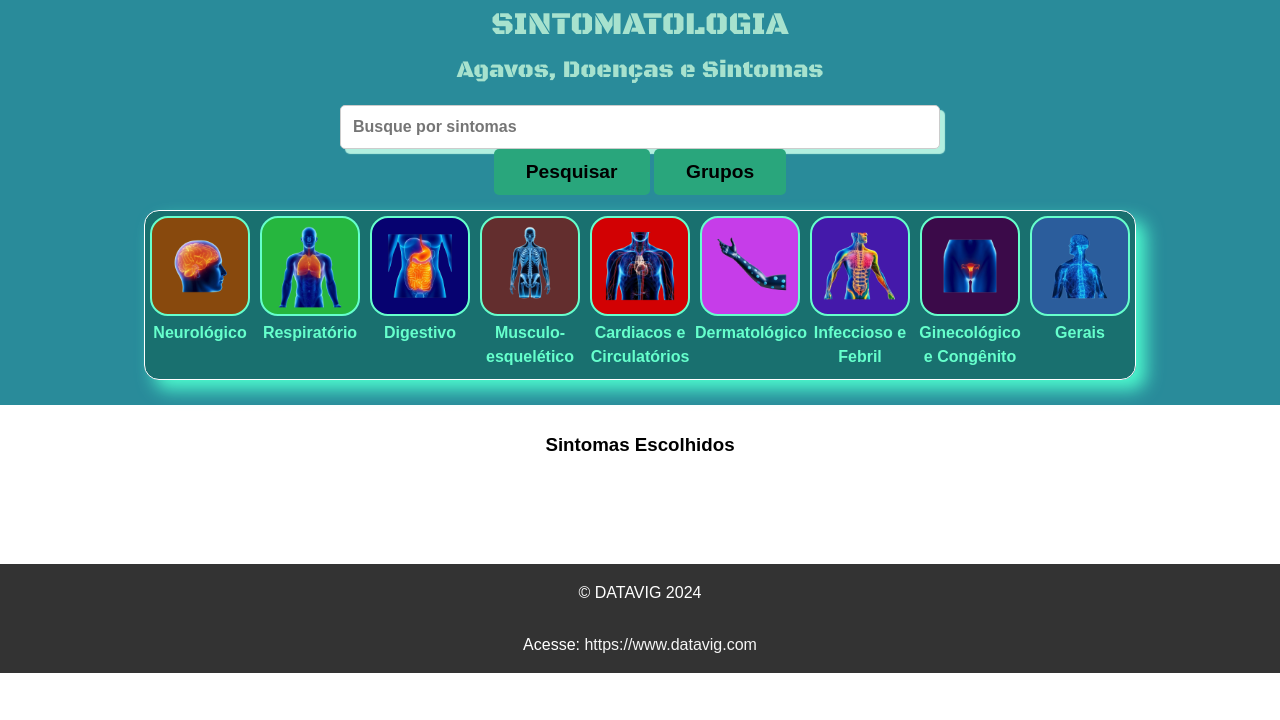
Repository: br-on/vigia
Page: index.html
These files come from the project's save history. The page is drawn as it stood at one moment and after the next save; the edit follows.
The browser window is 1280 px wide. The pictures show the whole page.
Some web fonts or font styles are not loaded; a fallback is used.

Above is the page before, as saved 2024-09-29 09:14:03.

### index.html
<!DOCTYPE html>
<html lang="pt-br">
<head>
  <meta charset="UTF-8">
  <meta name="viewport" content="width=device-width, initial-scale=1.0">
  <title>Sintomatologia</title>
  <link rel="stylesheet" href="assets/style/style.css">
</head>
<body>
  <nav>
  </nav>
  <header class="search">
    <h1 class="black-ops-one-regular">SINTOMATOLOGIA</h1>
    <h2 class="black-ops-one-regular">Agavos, Doenças e Sintomas</h2>

    <input type="text" placeholder="Busque por sintomas" class="electrolize-regular" id="campo-pesquisa">
    <div class="botoes">
      <button onclick="pesquisar()" class="electrolize-regular">Pesquisar</button>
      <button onclick="mostrarGrupos()" class="electrolize-regular">Grupos</button>
    </div>
    <div id="resultados-pesquisa" class="resultado-pesquisa font-item-sintoma"></div>
    <div id="grupos-sintomas" class="grupos-sintomas">
      <div class="base-div">
      <div id="neurologicos" class="grupo "><div class="grupo-sintoma bg-neurologicos"><img src="/assets/img/grupos/neurologico.png" alt=""></div><div class="nome-grupo electrolize-regular">Neurológico</div></div>
      <div id="respiratorios" class="grupo"><div class="grupo-sintoma bg-respiratorios"><img src="assets/img/grupos/respiratorio.png" alt=""></div><div class="nome-grupo electrolize-regular">Respiratório</div></div>
      <div id="digestivos" class="grupo"><div class="grupo-sintoma bg-digestivos"><img src="assets/img/grupos/digestivo.png" alt=""></div><div class="nome-grupo electrolize-regular">Digestivo</div></div>
      <div id="musculoesqueleticos" class="grupo"><div class="grupo-sintoma bg-musculoesqueleticos"><img src="assets/img/grupos/musculoesqueletico.png" alt=""></div><div class="nome-grupo electrolize-regular">Musculo- esquelético</div></div>
      <div id="cardiacos-circulatorios" class="grupo"><div class="grupo-sintoma bg-cardiacos-circulatorios"><img src="assets/img/grupos/cardiaco.png" alt=""></div><div class="nome-grupo electrolize-regular">Cardiacos e Circulatórios</div></div>
      <div id="dermatologicos" class="grupo"><div class="grupo-sintoma bg-dermatologicos"><img src="assets/img/grupos/dermatologico.png" alt=""></div><div class="nome-grupo electrolize-regular">Dermatológico</div></div>
      <div id="infecciosos-febris" class="grupo"><div class="grupo-sintoma bg-infecciosos-febris"><img src="assets/img/grupos/infecciosofebril.png" alt=""></div><div class="nome-grupo electrolize-regular">Infeccioso e Febril</div></div>
      <div id="ginecologicos-congenitos" class="grupo"><div class="grupo-sintoma bg-ginecologicos-congenitos"><img src="assets/img/grupos/ginecologicocongentia.png" alt=""></div><div class="nome-grupo electrolize-regular">Ginecológico e Congênito</div></div>
      <div id="sistemicos-gerais" class="grupo"><div class="grupo-sintoma bg-sistemicos-gerais"><img src="assets/img/grupos/gerais.png" alt=""></div><div class="nome-grupo electrolize-regular">Gerais</div></div>
      </div>
      <div class="overlay-div">
        <div class="top-overlay-div">
          <div class="top-1">
            <button class="electrolize-regular">Voltar</button>
          </div>
          <div class="top-2">    </div>
        </div>
        <div class="sintomas-grupo">
          <div id="resultados-pesquisa-grupo" class="resultado-pesquisa-sintomas font-item-sintoma"></div>
        </div>
      </div>
    </div><br>

    <br>
  </header>

  <main>
    <center><h3>Sintomas Escolhidos</h3></center>
    <div id="sintomas-escolhidos">
      <!-- Sintomas escolhidos serão exibidos aqui -->
    </div>
    <br><br>
    <div id="resultados-doencas">
      <!-- Resultados das doenças serão exibidos aqui -->
    </div>
    <br><br>

  </main>
  <footer>
    <p>&copy; DATAVIG 2024 </p> <br> <p>Acesse: <a href="https://www.datavig.com">https://www.datavig.com</a></p>
  </footer>

  <script src="assets/script/sintomas.js"></script>
  <script src="assets/script/data.js"></script>
  <script src="assets/script/app.js"></script>
</body>
</html>

### assets/script/app.js
    // variaveis globais bara definir mesma altura para resultados-pesquisa
const grupoSintomas = document.querySelector('.grupos-sintomas');
const resultadosPesquisa = document.querySelector('#resultados-pesquisa');

resultadosPesquisa.style.width = `${grupoSintomas.offsetWidth}px`;
resultadosPesquisa.style.height = `${grupoSintomas.offsetHeight}px`;

document.addEventListener('DOMContentLoaded', function () {
    // Inicialmente, ocultar a div #resultados-pesquisa
    const resultadosPesquisa = document.getElementById('resultados-pesquisa');
    resultadosPesquisa.style.display = 'none';

    // Configurar eventos de clique nos grupos e no botão Voltar
    configurarEventosDeCliqueNosGrupos();
});

function configurarEventosDeCliqueNosGrupos() {
    // Seleciona todas as divs de grupos de sintomas
    const grupos = document.querySelectorAll('.grupo');

    // Adiciona o evento de clique para cada grupo
    grupos.forEach(grupo => {
        grupo.addEventListener('click', () => {
            exibirSintomasPorGrupo(grupo.id);
        });
    });

    // Adiciona evento de clique ao botão Voltar
    const backButton = document.querySelector('.top-1 button');
    backButton.addEventListener('click', ocultarOverlay);
}

function exibirSintomasPorGrupo(grupoId) {
    const overlayDiv = document.querySelector('.overlay-div');
    const resultadosSintomasDiv = document.getElementById("resultados-pesquisa-grupo");
    const top2Div = document.querySelector('.top-2');
    const grupoDiv = document.getElementById(grupoId);

    // Limpa resultados anteriores
    resultadosSintomasDiv.innerHTML = "";

    // Obter sintomas já escolhidos
    const sintomasEscolhidos = Array.from(document.getElementById("sintomas-escolhidos").children)
        .map(div => div.textContent);

    // Filtrar sintomas pelo grupo clicado e que não foram escolhidos
    const sintomasEncontrados = dataSintomas.filter(sintoma =>
        sintoma.grupo_sintoma.toLowerCase() === grupoId.toLowerCase() &&
        !sintomasEscolhidos.includes(sintoma.titulo_sintoma)
    );

    // Exibir sintomas encontrados ou mensagem de "nenhum sintoma encontrado"
    if (sintomasEncontrados.length > 0) {
        sintomasEncontrados.forEach(sintoma => {
            const divSintoma = document.createElement('div');
            divSintoma.className = 'sintoma-item';
            divSintoma.style.backgroundColor = coresPorGrupo[grupoId.toLowerCase()] || '#ccc';
            divSintoma.textContent = sintoma.titulo_sintoma;
            divSintoma.addEventListener('click', () => adicionarSintomaEscolhido(sintoma, grupoId));
            resultadosSintomasDiv.appendChild(divSintoma);
        });
    } else {
        resultadosSintomasDiv.innerHTML = '<p>Nenhum sintoma encontrado para este grupo.</p>';
    }

    // Clona o conteúdo da div do grupo selecionado e insere na top-2
    const grupoDivClone = grupoDiv.cloneNode(true);
    top2Div.innerHTML = ''; // Limpa a top-2 antes de adicionar o clone
    top2Div.appendChild(grupoDivClone);

    // Exibe a overlay-div
    overlayDiv.classList.remove('display-off');
    overlayDiv.classList.add('display-on');
}

function ocultarOverlay() {
    const overlayDiv = document.querySelector('.overlay-div');
    overlayDiv.classList.remove('display-on');
    overlayDiv.classList.add('display-off');
}

function mostrarGrupos() {
    document.getElementById('resultados-pesquisa').style.display = 'none';
    document.getElementById('grupos-sintomas').style.display = 'block';
}

function pesquisar() {
    document.getElementById('grupos-sintomas').style.display = 'none';
    document.getElementById('resultados-pesquisa').style.display = 'block';
    let campoPesquisa = document.getElementById("campo-pesquisa").value.toLowerCase();
    let resultadosSintomasDiv = document.getElementById("resultados-pesquisa");
    resultadosSintomasDiv.innerHTML = ""; // Limpar resultados anteriores

    //verifica se o campo pesdquisa está vazio
    if (campoPesquisa.trim() === "") {
        resultadosSintomasDiv.innerHTML = "<p>Digite um sintoma para iniciar a pesquisa.</p>";
        return;
    }

    // Obter sintomas já escolhidos
    let sintomasEscolhidos = Array.from(document.getElementById("sintomas-escolhidos").children)
        .map(div => div.textContent);

    // Filtrar sintomas que correspondem ao texto digitado e que não foram escolhidos
    let sintomasEncontrados = dataSintomas.filter(sintoma =>
        (sintoma.titulo_sintoma.toLowerCase().includes(campoPesquisa) ||
        sintoma.grupo_sintoma.toLowerCase().includes(campoPesquisa)) &&
        !sintomasEscolhidos.includes(sintoma.titulo_sintoma)
    );

    //verifica se encontrou algum sintoma correspondente
    if (sintomasEncontrados.length === 0) {
        resultadosSintomasDiv.innerHTML = "<p>Nenhum sintoma encontrado.</p>";
    } else {
        sintomasEncontrados.forEach(sintoma => {
            let divSintoma = document.createElement('div');
            divSintoma.className = 'sintoma-item';

            let grupoId = sintoma.grupo_sintoma.toLowerCase().replace(/\s/g, '-');
            divSintoma.style.backgroundColor = coresPorGrupo[grupoId] || '#ccc';

            divSintoma.textContent = sintoma.titulo_sintoma;
            divSintoma.addEventListener('click', () => adicionarSintomaEscolhido(sintoma, grupoId));
            resultadosSintomasDiv.appendChild(divSintoma);
        });
    }
}

function adicionarSintomaEscolhido(sintoma, grupoId) {
    let sintomasEscolhidosDiv = document.getElementById("sintomas-escolhidos");

    // Verifica se o sintoma já foi escolhido
    if (Array.from(sintomasEscolhidosDiv.children).some(div => div.textContent === sintoma.titulo_sintoma)) return;

    let divEscolhido = document.createElement('div');
    divEscolhido.className = 'sintoma-escolhido';
    divEscolhido.textContent = sintoma.titulo_sintoma;

    // Aplicar a cor do grupo ao sintoma escolhido
    divEscolhido.style.backgroundColor = coresPorGrupo[grupoId.toLowerCase()] || '#ccc';

    // Adiciona o evento de clique para remover o sintoma da lista escolhida
    divEscolhido.addEventListener('click', () => removerSintomaEscolhido(sintoma));

    sintomasEscolhidosDiv.appendChild(divEscolhido);

    // Remover o sintoma da lista de sintomas encontrados
    let sintomasEncontrados = document.querySelectorAll('#resultados-pesquisa .sintoma-item');
    sintomasEncontrados.forEach(item => {
        if (item.textContent === sintoma.titulo_sintoma) {
            item.remove();
        }
    });

    mostrarDoencasRelacionadas();
}

function removerSintomaEscolhido(sintoma) {
    let sintomasEscolhidosDiv = document.getElementById("sintomas-escolhidos");

    // Encontrar e remover o sintoma da lista de escolhidos
    Array.from(sintomasEscolhidosDiv.children).forEach(div => {
        if (div.textContent === sintoma.titulo_sintoma) {
            div.remove();
        }
    });

    // Reexibir o sintoma na lista de pesquisa ou na lista de grupo
    let resultadosSintomasDiv = document.getElementById("resultados-pesquisa");

    let divSintoma = document.createElement('div');
    divSintoma.className = 'sintoma-item';

    let grupoId = sintoma.grupo_sintoma.toLowerCase().replace(/\s/g, '-');
    divSintoma.style.backgroundColor = coresPorGrupo[grupoId] || '#ccc';

    divSintoma.textContent = sintoma.titulo_sintoma;
    divSintoma.addEventListener('click', () => adicionarSintomaEscolhido(sintoma, grupoId));
    resultadosSintomasDiv.appendChild(divSintoma);

    mostrarDoencasRelacionadas();
}

function mostrarDoencasRelacionadas() {
    let sintomasEscolhidosDiv = document.getElementById("sintomas-escolhidos");
    let sintomasEscolhidos = Array.from(sintomasEscolhidosDiv.children).map(div => div.textContent.trim().toLowerCase());

    let resultadosDoencasDiv = document.getElementById("resultados-doencas");
    resultadosDoencasDiv.innerHTML = ""; // Limpar resultados anteriores

    // Percorre cada doença no array dataDoencas
    dataDoencas.forEach(doenca => {
        // Divide os sintomas da doença em um array e remove espaços extras
        let sintomasDoenca = doenca.sintomas.toLowerCase().split(',').map(s => s.trim());

        // Verifica se todos os sintomas escolhidos estão incluídos nos sintomas da doença
        let correspondeSintomas = sintomasEscolhidos.every(sintomaEscolhido =>
            sintomasDoenca.includes(sintomaEscolhido)
        );

        // Se todos os sintomas escolhidos estiverem presentes, exibe a doença
        if (correspondeSintomas) {
            resultadosDoencasDiv.innerHTML += `
                <div class="item-resultado">
                    <center><h2 class="black-ops-one-regular">${doenca.titulo}</h2></center>
                    <h4 class="electrolize-regular">Descrição</h4>
                    <p class="descricao-meta">${doenca.descricao}</p>
                    <h4 class="electrolize-regular">Sintomas</h4>
                    <p class="descricao-meta">${doenca.sintomas}</p>
                </div>`;
        }
    });
}

Loaded but not shown: assets/script/data.js (373 lines, source omitted); assets/script/sintomas.js (484 lines, source omitted); assets/style/style.css (471 lines, source omitted)

After the next save:
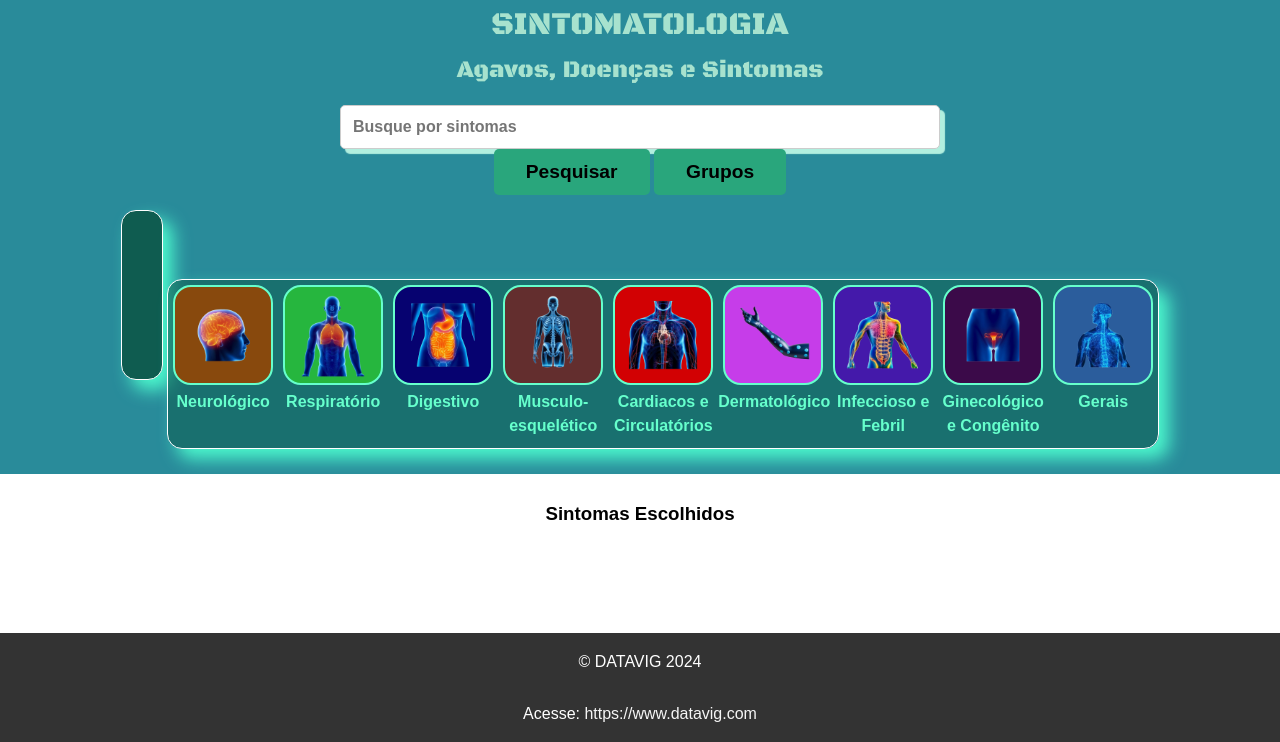
Console error: SyntaxError: Unexpected identifier 'color'
Saved 30 s later.
--- a/assets/script/app.js
+++ b/assets/script/app.js
@@ -110,7 +110,7 @@
 
     //verifica se encontrou algum sintoma correspondente
     if (sintomasEncontrados.length === 0) {
-        resultadosSintomasDiv.innerHTML = "<p>Nenhum sintoma encontrado.</p>";
+        resultadosSintomasDiv.innerHTML = "<p style="color:red">Nenhum sintoma encontrado.</p>";
     } else {
         sintomasEncontrados.forEach(sintoma => {
             let divSintoma = document.createElement('div');

After the save that followed:
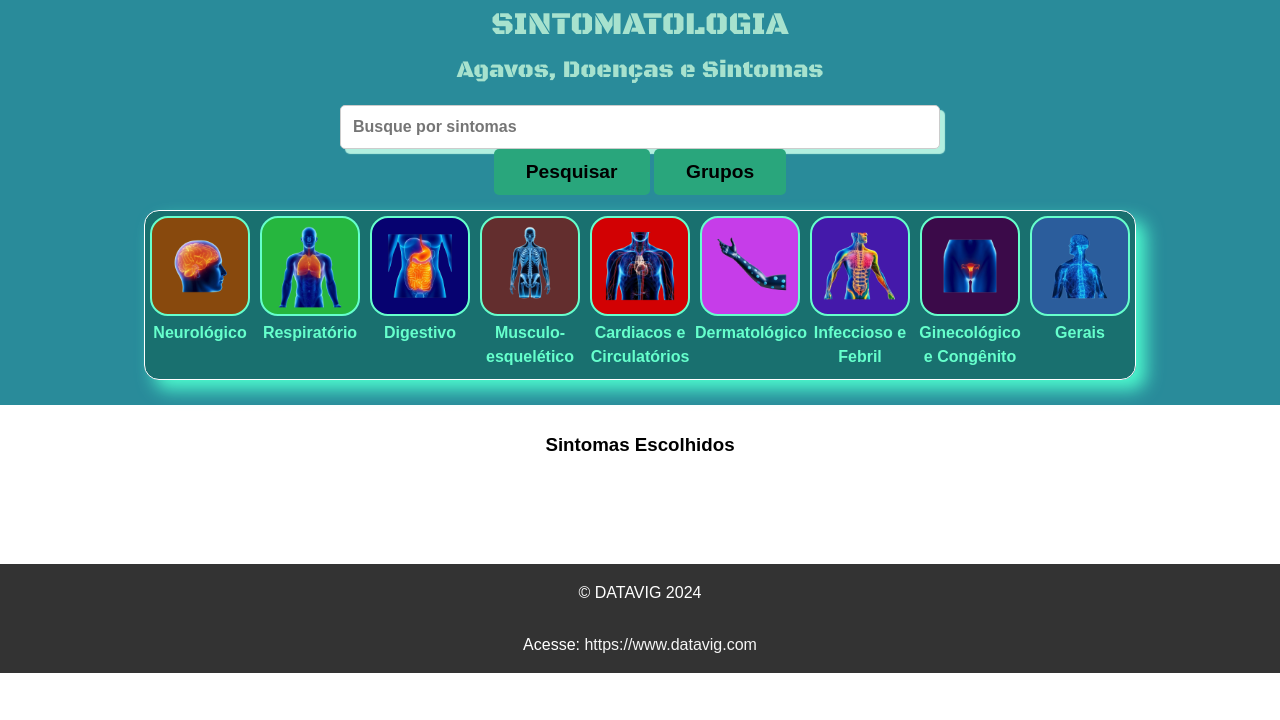
The error is gone.
Saved 16 s later.
--- a/assets/script/app.js
+++ b/assets/script/app.js
@@ -110,7 +110,7 @@
 
     //verifica se encontrou algum sintoma correspondente
     if (sintomasEncontrados.length === 0) {
-        resultadosSintomasDiv.innerHTML = "<p style="color:red">Nenhum sintoma encontrado.</p>";
+        resultadosSintomasDiv.innerHTML = "<p>Nenhum sintoma encontrado.</p>";
     } else {
         sintomasEncontrados.forEach(sintoma => {
             let divSintoma = document.createElement('div');
